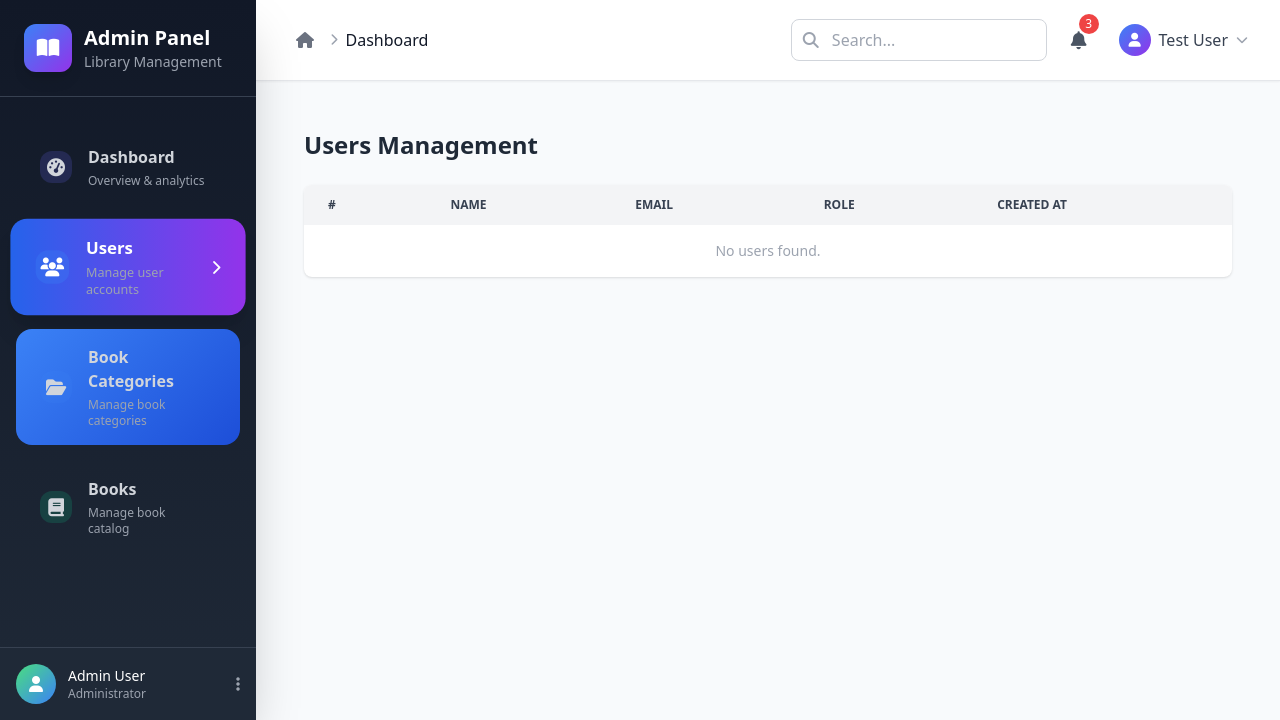
Repository: daffa-alif/lomba-NeuroGamy
Page: http://localhost/admin/users
An editor plug-in stored every save of this project. The page is shown before and after the next save, followed by the edit.
The browser window is 1280 px wide. The pictures show the whole page.
Some web libraries are served in a nearby version. The page is served by the project's Laravel application, run on PHP 8.4 with Laravel 12. A made-up administrator, Test User (test@example.com), is signed in. Queries for data that is not in the repository find no rows.

Above is the page before, as saved 2025-09-20 00:42:15.

After the next save:
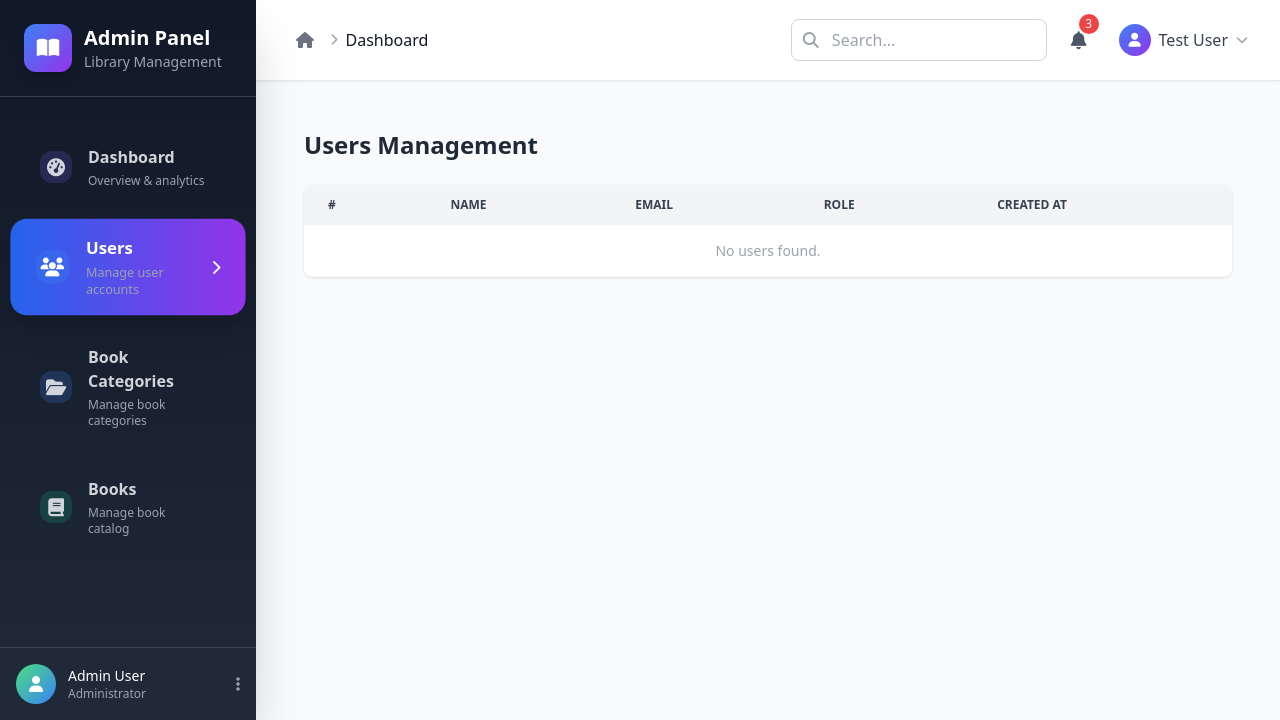
Saved 23 s later.
--- a/resources/views/Admin/AdminLayouts/app.blade.php
+++ b/resources/views/Admin/AdminLayouts/app.blade.php
@@ -107,20 +107,28 @@
 </a>
 
 
-               <!-- Book Categories -->
-<a href="{{route ('classifications.index')}}"
-   class="nav-item group flex items-center px-6 py-4 text-gray-300 rounded-2xl hover:bg-gradient-to-r hover:from-blue-600 hover:to-purple-600 hover:text-white transition-all duration-300 transform hover:scale-105 hover:shadow-xl nav-active">
-    <div class="w-8 h-8 mr-4 flex items-center justify-center bg-blue-500 bg-opacity-20 rounded-xl group-hover:bg-opacity-30 transition-all duration-300">
-        <i class="fas fa-folder-open text-lg"></i> {{-- Different icon --}}
-    </div>
+ <!-- Book Categories -->
+<a href="{{ route('classifications.index') }}"
+   class="nav-item group flex items-center px-6 py-4 text-gray-300 rounded-2xl transition-all duration-300 transform
+   {{ request()->routeIs('classifications.index') ? 'bg-gradient-to-r from-blue-600 to-purple-600 text-white scale-105 shadow-xl' : 'hover:bg-gradient-to-r hover:from-blue-600 hover:to-purple-600 hover:text-white hover:scale-105 hover:shadow-xl' }}">
+
+    <div class="w-8 h-8 mr-4 flex items-center justify-center bg-blue-500 bg-opacity-20 rounded-xl
+        {{ request()->routeIs('classifications.index') ? 'bg-opacity-30' : 'group-hover:bg-opacity-30' }} transition-all duration-300">
+        <i class="fas fa-folder-open text-lg"></i>
+    </div>
+
     <div class="flex-1">
         <span class="font-semibold text-base">Book Categories</span>
-        <p class="text-xs text-gray-400 group-hover:text-blue-100 mt-1">Manage book categories</p>
-    </div>
-    <div class="ml-auto opacity-0 group-hover:opacity-100 transition-all duration-300 transform translate-x-2 group-hover:translate-x-0">
+        <p class="text-xs text-gray-400 {{ request()->routeIs('classifications.index') ? 'text-blue-100' : 'group-hover:text-blue-100' }} mt-1">
+            Manage book categories
+        </p>
+    </div>
+
+    <div class="ml-auto opacity-0 {{ request()->routeIs('classifications.index') ? 'opacity-100 translate-x-0' : 'group-hover:opacity-100 group-hover:translate-x-0' }} transition-all duration-300 transform">
         <i class="fas fa-chevron-right text-sm"></i>
     </div>
 </a>
+
 
 
 
